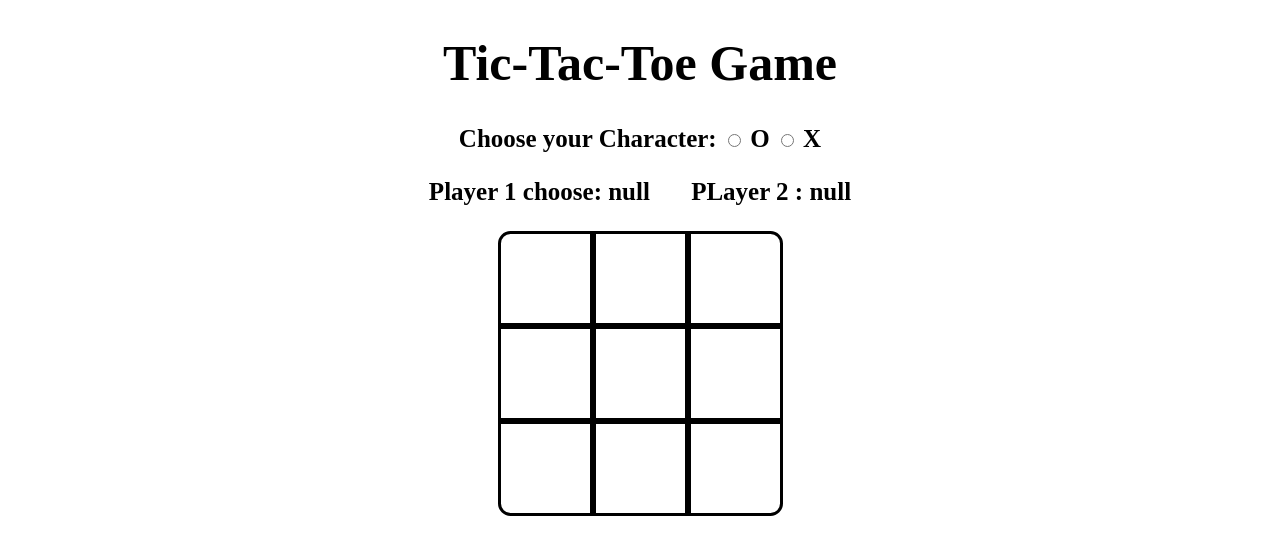
Repository: 0101chaitanya/Tic-Tac-Toe
Page: index.html
An editor plug-in stored every save of this project. The page is shown before and after the next save, followed by the edit.
The browser window is 1280 px wide. The pictures show the whole page.

Above is the page before, as saved 2021-06-12 12:25:12.

### index.html
<!DOCTYPE html>
<html>

<head>
    <meta charset="utf-8">
    <title>Tic-Tac-Toe Game</title>
    <meta name="viewport" content="width=device-width, initial-scale=1">

    <link rel="stylesheet" href="styles.css">
</head>

<body>
    <div id='block1'>
        <h1 id="heading">Tic-Tac-Toe Game</h1>
        <form>
            Choose your Character:
            <input value="O" name="radio" onclick="eventFun.setUser(this)" type="radio">
            <label for="O">O</label>
            <input value="X" name="radio" onclick="eventFun.setUser(this)" type="radio">
            <label for="X">X</label>

        </form>
        <div id="player">
            <span id='1'>Player 1 choose:</span>
            <span id='2'>PLayer 2 :</span>
        </div>
        <form id="gameSquare">
            <section id="row1">
                <div id="r1Column1"></div>
                <div id="rlColumn2"></div>
                <div id="rlColumn3"></div>
            </section>
            <section id="row2">
                <div id="r2Column1"></div>
                <div id="r2Column2"></div>
                <div id="r2Column3"></div>
            </section>
            <section id="row3">
                <div id="r3Column1"></div>
                <div id="r3Column2"></div>
                <div id="r3Column3"></div>
            </section>
        </form>
    </div>
    <div id="ResultBox">
        <span id="closebtn">&times;</span>
        <strong id="resultOut"></strong>
    </div>

</body>
<script type="text/javascript" src="script.js"></script>

</html>

### styles.css
:root {
    text-align: center;
    font-weight: bold;
}

* {
    box-sizing: border-box;
}

@media screen and (max-width: 400px) {
     :root {
        font-size: 14px;
    }
}

@media screen and (min-width: 401px) and (max-width: 700px) {
     :root {
        font-size: 18px;
    }
}

@media screen and (min-width: 701px) {
     :root {
        font-size: 25px;
    }
}

body {
    /* filter: saturate(180%) blur(20rem);
   filter:  blur(0);

    */
    backdrop-filter: blur(20rem);
}

#block1 {
    /*    filter: blur(0.5rem); */
}

label>input {
    color: red;
    border: 1px solid;
}

#player {
    display: block;
    margin: 1rem auto 1rem auto;
}

#player>span {
    margin: auto 0.7rem auto 0.7rem;
}

#gameSquare {
    width: min-content;
    height: min-content;
    display: block;
    margin: auto;
}

#gameSquare>section:nth-child(n) {
    /* border-style: solid;
     */
    width: min-content;
    height: min-content;
    display: flex;
    justify-content: center;
    align-items: center;
}

#gameSquare>section:nth-child(n)>div:nth-child(n) {
    display: block;
    margin: auto;
    width: 3.8rem;
    height: 3.8rem;
    border-style: solid;
    border-width: 0.15rem;
    text-align: center;
    top: 50%;
}

#gameSquare>section:nth-child(1)>div:nth-child(1) {
    border-top-left-radius: 0.5rem;
}

#gameSquare>section:nth-child(1)>div:nth-child(3) {
    border-top-right-radius: 0.5rem;
}

#gameSquare>section:nth-child(3)>div:nth-child(1) {
    border-bottom-left-radius: 0.5rem;
}

#gameSquare>section:nth-child(3)>div:nth-child(3) {
    border-bottom-right-radius: 0.5rem;
}

#ResultBox {
    height: fit-content;
    width: 13rem;
    display: none;
    margin-left: auto;
    margin-right: auto;
    margin-top: 3rem;
    position: relative;
    top: -12rem;
    border-color: rgb(162, 162, 192);
    background-color: rgb(15, 44, 138);
    color: white;
    opacity: 1;
    transition: opacity 0.6s;
    margin-bottom: 15px;
    border-radius: 1rem;
    padding: 1rem;
    text-align: center;
}

#resultOut {
    color: #f0e0e4;
    font-weight: bold;
}

#closebtn {
    margin-left: 15px;
    color: white;
    font-weight: bold;
    float: right;
    font-size: 22px;
    line-height: 20px;
    cursor: pointer;
    transition: 0.3s;
}

#closebtn:hover {
    color: rgb(38, 170, 82);
}

### script.js
"use strict";
let eventFun = (function() {
    let user1Selection, user2Selection, runningCharacter;
    let runningNumber = 0,
        i, result;

    function setUser(given) {
        localStorage.setItem("user1Selection", given.value);
        document.querySelector(`form`).submit();
    }
    user1Selection = localStorage.getItem("user1Selection");
    user2Selection =
        user1Selection != null ? (user1Selection === "X" ? "O" : "X") : null;
    runningCharacter = user1Selection;
    document.getElementById('1').textContent += ` ` + user1Selection || ' ';
    document.getElementById('2').textContent += ` ` + user2Selection || ' ';

    let array = Array.from(
        document.getElementById("gameSquare").querySelectorAll("div")
    );

    function switchRunChar() {
        runningCharacter = runningCharacter === "O" ? "X" : "O";
        runningNumber = runningNumber === 0 ? 1 : 0;
    }

    function text(i) {
        return array[i].textContent;
    }
    let newArray = Array(array.length).fill();

    function arrayCreator(index, incrementer) {
        return [
            newArray[index],
            newArray[index + incrementer],
            newArray[index + 2 * incrementer],
        ];
    }
    let count = 0;

    let horizontalArray;
    let verticalArray;
    let diagonalArray;

    function parser(arrayInput) {
        let arr = arrayInput.map((item, index) => {
            let res = item.reduce((stack, item) => {
                stack += item;
                return stack;
            });
            return res;
        });
        return arr;
    }

    function send(input) {
        let block1 = document.getElementById('block1');
        block1.style.filter = 'blur(0.5rem)';
        document.getElementById('ResultBox').style.display = 'block';
        document.getElementById('resultOut').textContent = input;
        let close = document.getElementById('closebtn');
        close.onclick = function() {
            let div = this.parentElement;
            div.style.opacity = '0';
            setTimeout(function() {
                div.style.display = "none";
                block1.style.filter = 'blur(0.0rem)';

            }, 600);
        };

    }

    function check(input) {
        input.forEach((item) => {
            if (item === 3) {
                result = item;
                send("Player 2 won");
            } else if (item === 0) {
                result = item;
                send("Player 1 won");
            }
        });
    }

    function checkWin() {
        horizontalArray = [
            arrayCreator(0, 1),
            arrayCreator(3, 1),
            arrayCreator(6, 1),
        ];
        verticalArray = [
            arrayCreator(0, 3),
            arrayCreator(1, 3),
            arrayCreator(2, 3),
        ];
        diagonalArray = [arrayCreator(0, 4), arrayCreator(2, 2)];

        let horizontalParsed = parser(horizontalArray);
        let verticalParsed = parser(verticalArray);

        let diagonalParsed = parser(diagonalArray);
        check(horizontalParsed);
        check(verticalParsed);
        check(diagonalParsed);

        if (count == 8) {
            console.table(horizontalArray, verticalArray, diagonalArray);
            console.table({
                horizontalParsed: horizontalParsed,
                verticalParsed: verticalParsed,
                diagonalParsed: diagonalParsed,
            });
            console.table(newArray);
            if (result == undefined) {
                send("draw");
            }
        }
    }

    let setOutput = function(e, index) {
        e.target.textContent = runningCharacter;
        e.target.removeEventListener("click", (e) => setOutput(e));
        newArray.splice(index, 1, runningNumber);
        switchRunChar();
        checkWin();

        count++;
    };
    array.forEach((item, index) => {
        item.textContent = "";
        item.addEventListener("click", (e) => setOutput(e, index), { once: true });
    });
    return { result, array, setOutput, setUser, count };
})();

After the next save:
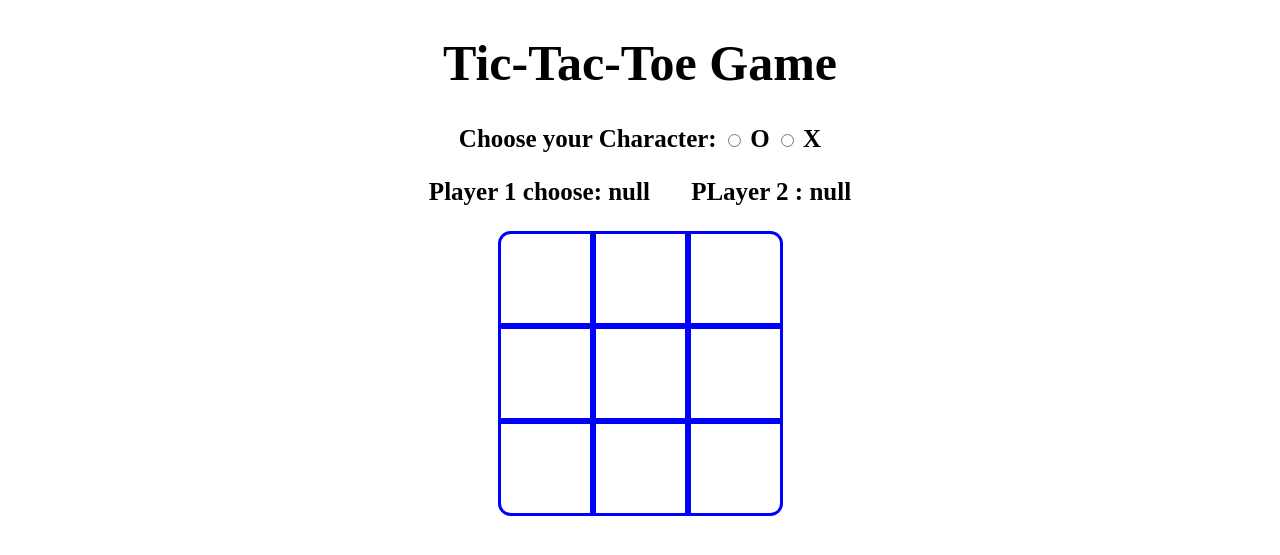
Saved 10 s later.
--- a/styles.css
+++ b/styles.css
@@ -77,6 +77,7 @@
     border-width: 0.15rem;
     text-align: center;
     top: 50%;
+    color: blue;
 }
 
 #gameSquare>section:nth-child(1)>div:nth-child(1) {

After the save that followed:
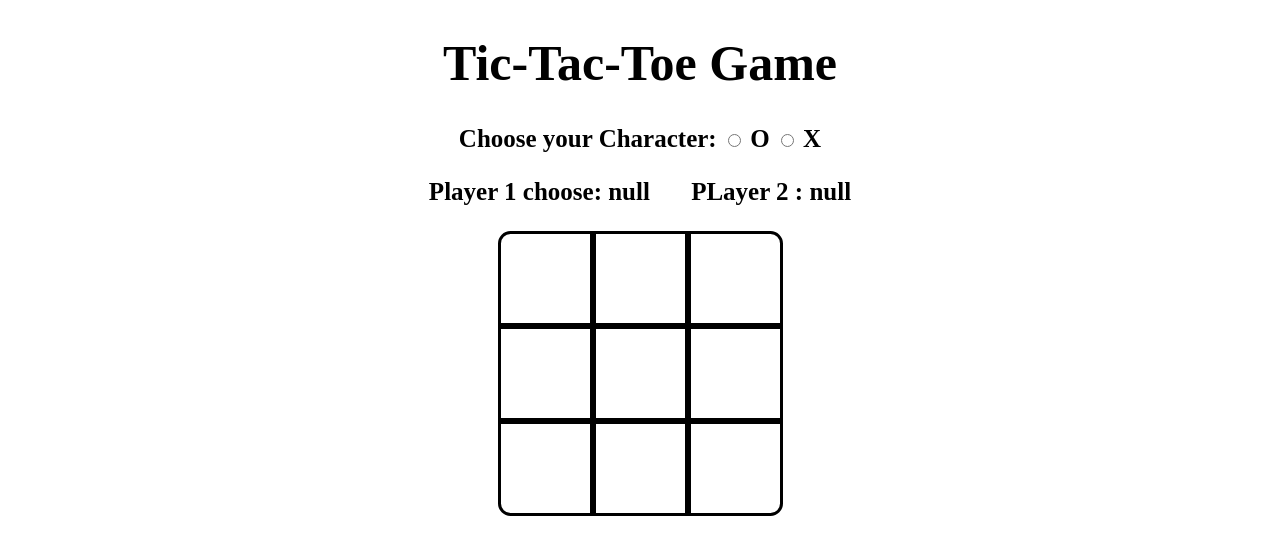
Saved 8 s later.
--- a/styles.css
+++ b/styles.css
@@ -77,7 +77,6 @@
     border-width: 0.15rem;
     text-align: center;
     top: 50%;
-    color: blue;
 }
 
 #gameSquare>section:nth-child(1)>div:nth-child(1) {
